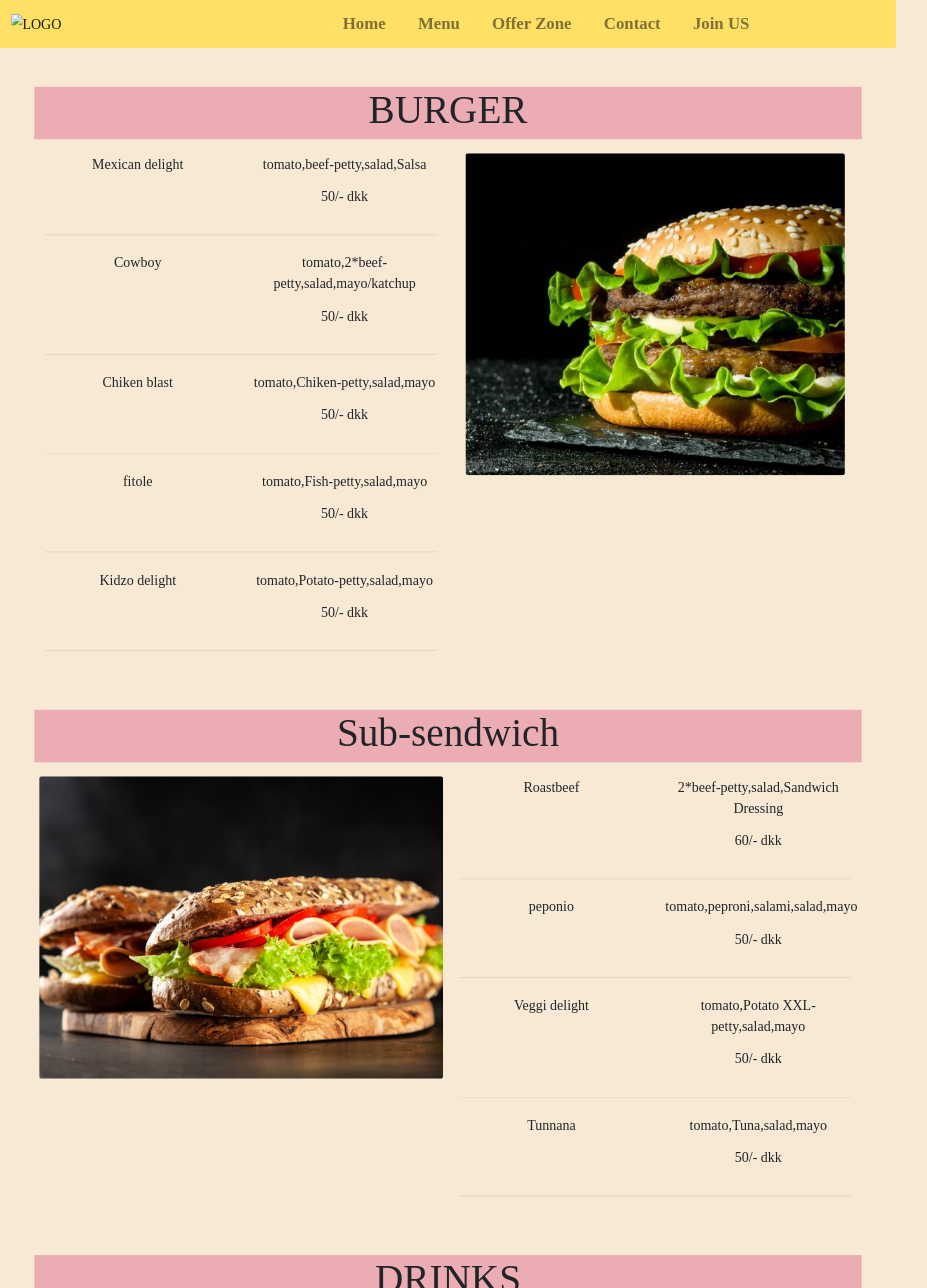
Repository: HMTRIVEDI/project-one
Page: menu.html
The author's editor kept a record of every edit. The page is drawn from the files as they stood at one moment, then again after the next edit.
The browser window is 1280 px wide. The page is 1298 px wide, then 1324 px, so the pictures cover 1324 px, including what lies to the right of the window. The pictures show the part of the page from y = 0 to 1840 px (the page is 3493 px tall before and 3301 px after), at 70% of full size.
Some web fonts or font styles are not loaded; a fallback is used. Some web libraries are served in a nearby version.

Above is the page before.

After the next edit:
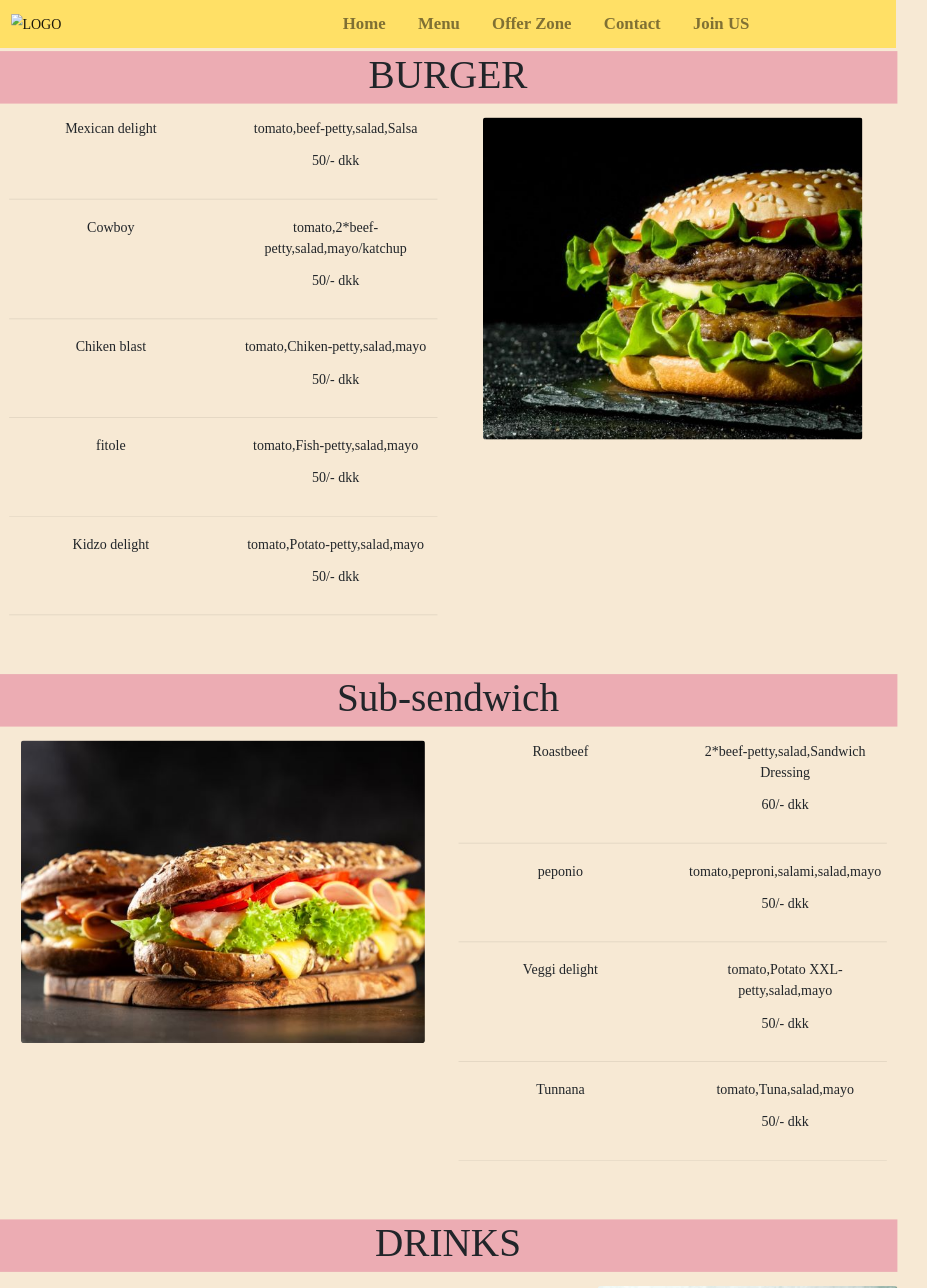
The edit:
--- a/assets/style.css
+++ b/assets/style.css
@@ -270,7 +270,7 @@
 /********menu*******/
 
 .menu {
-    padding: 5%;
+    padding:1%;
     text-align: center;
     font-size: 20px;
 }
